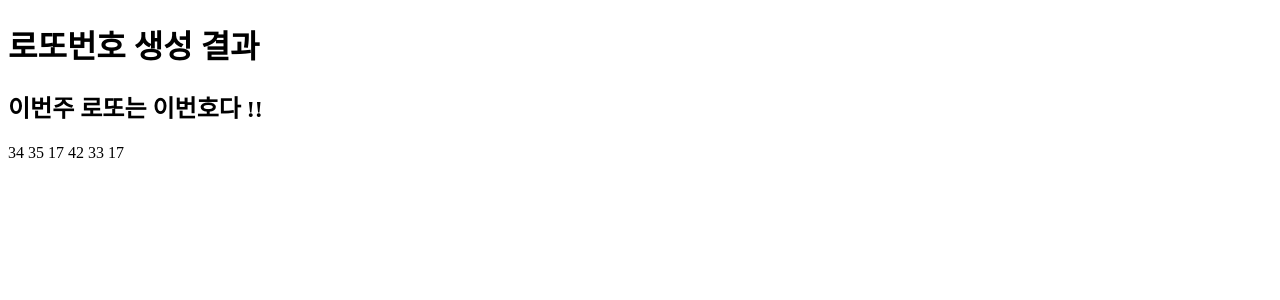
Repository: jungreul97/jsp_pracitce
Page: http://localhost/JSPBasic/JspTag/TagQ03.jsp
An editor plug-in stored every save of this project. The page is shown before and after the next save, followed by the edit.
The browser window is 1280 px wide. The pictures show the whole page.
The page is served by Tomcat 9.

Above is the page before, as saved 2022-02-03 01:11:53.

After the next save:
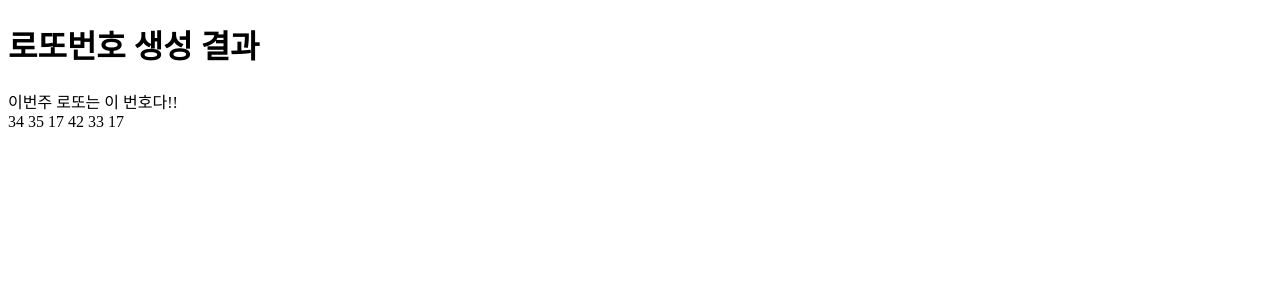
Saved 70 s later.
--- a/JSPBasic/src/main/webapp/JspTag/TagQ03.jsp
+++ b/JSPBasic/src/main/webapp/JspTag/TagQ03.jsp
@@ -8,8 +8,8 @@
 </head>
 <body>
 	<h1>로또번호 생성 결과</h1>
-	<h2>이번주 로또는 이번호다 !!</h2>
 <%
+	out.println("이번주 로또는 이 번호다!!<br/>");
 	int[] arr = new int[6];
 	for(int i=0;i<6;i++){
 		int randnum = (int)(Math.random()*46)+1;
